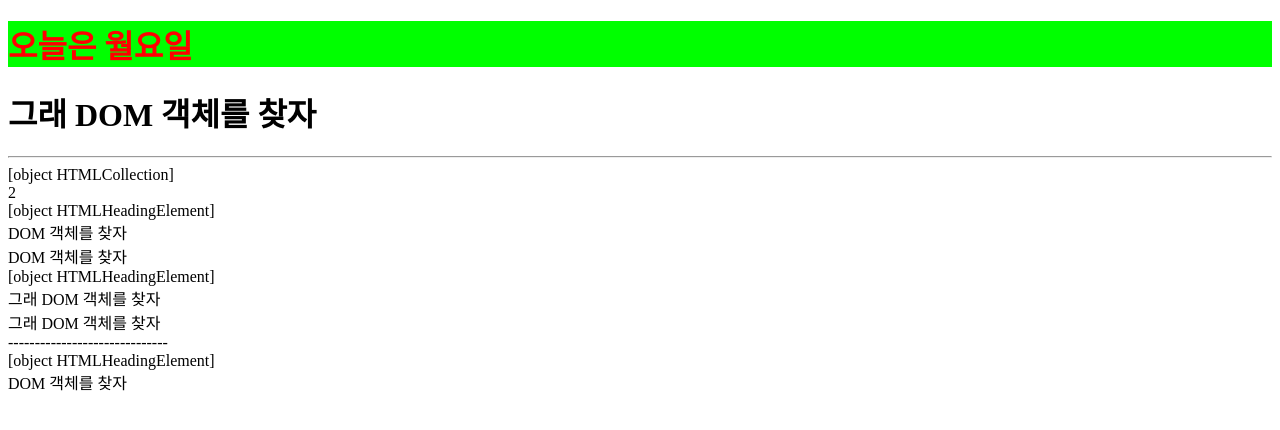
Repository: jhsnex123/web_study
Page: edu/src/main/webapp/jsexam/domexam/exam6_1.html
An editor plug-in stored every save of this project. The page is shown before and after the next save, followed by the edit.
The browser window is 1280 px wide. The pictures show the whole page.

Above is the page before, as saved 2024-09-25 02:59:03.

### edu/src/main/webapp/jsexam/domexam/exam6_1.html
<!DOCTYPE html>
<html>
<head>
<meta charset="UTF-8">
<title>Insert title here</title>
<script src="../util.js"></script>
</head>
<body>
<h1 id="test">DOM 객체를 찾자</h1>
<h1>그래 DOM 객체를 찾자</h1>
<hr>
<script>
	let dom = document.getElementsByTagName("h1");
	writeNewLine(dom);
	writeNewLine(dom.length);  //그냥 배열
	writeNewLine(dom[0]);  //h1 정보
	writeNewLine(dom[0].textContent); // innerText h1정보
	writeNewLine(dom[0].innerHTML); // h1정보
	writeNewLine(dom[1]);
	writeNewLine(dom[1].textContent); // innerText -> 애 안쓰고 textContent로 통일
	writeNewLine(dom[1].innerHTML);
	writeNewLine("------------------------------");
	dom = document.getElementById("test");          // getElementbyid 엘먼트 id 값을 찾는것 어떤 태그나 변수에 있는지 상관없음 id라는 값을 찾는거임 (ex .test)
	writeNewLine(dom);
	writeNewLine(dom.textContent);
	window.setTimeout(function() {        // 간격없이 바로 호출 settimeout
		dom.textContent = "오늘은 월요일";         // dom 객체 형성할때 형태가 dom. ,,,   이런식으로 만들어줘야함
		dom.style.color ="red";
		dom.style.backgroundColor ="lime"; // background-color, font-weight -> fontWeight
		//dom.style["background-color"] ="yellow";
	}, 5000);
</script>
</body>
</html>

### edu/src/main/webapp/jsexam/util.js
function write(content, tag) {
	document.write("<"+tag+">"+content+"</"+tag+">");
}
function hr() {
	document.write("<hr>");
}
function writeColor(content, tag, color) {
	document.write("<"+tag+" style='color:"+color+"'>"+
			  content+"</"+tag+">");
}
function writeNewLine(content) {
	document.write(content+"<br>");
}

After the next save:
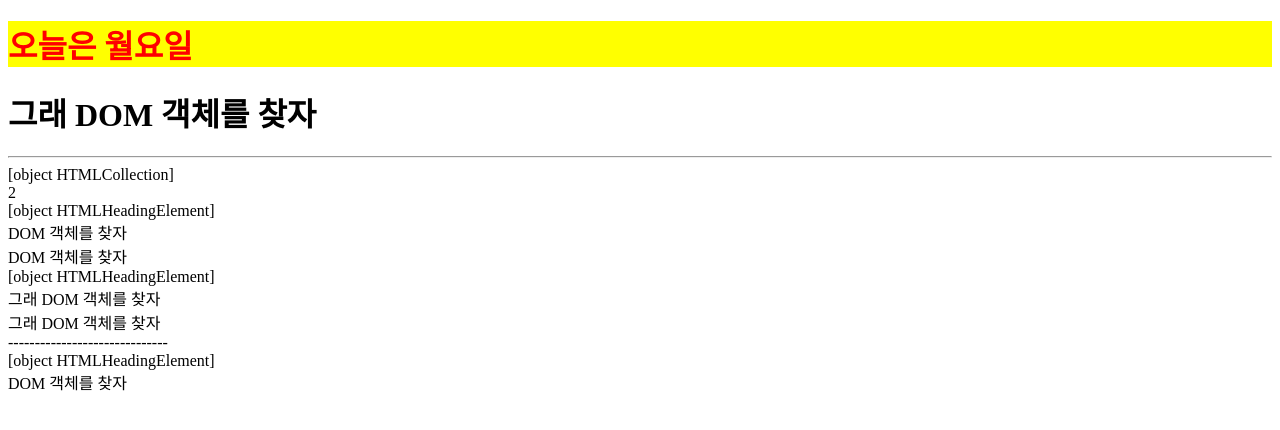
Saved 3 min 39 s later.
--- a/edu/src/main/webapp/jsexam/domexam/exam6_1.html
+++ b/edu/src/main/webapp/jsexam/domexam/exam6_1.html
@@ -27,7 +27,7 @@
 		dom.textContent = "오늘은 월요일";         // dom 객체 형성할때 형태가 dom. ,,,   이런식으로 만들어줘야함
 		dom.style.color ="red";
 		dom.style.backgroundColor ="lime"; // background-color, font-weight -> fontWeight
-		//dom.style["background-color"] ="yellow";
+		dom.style["background-color"] ="yellow";     // style을 줄 때 _ -> 이거로 주거나 없애고 다음 앞글자에 대문자로 처리 해야함
 	}, 5000);
 </script>
 </body>
